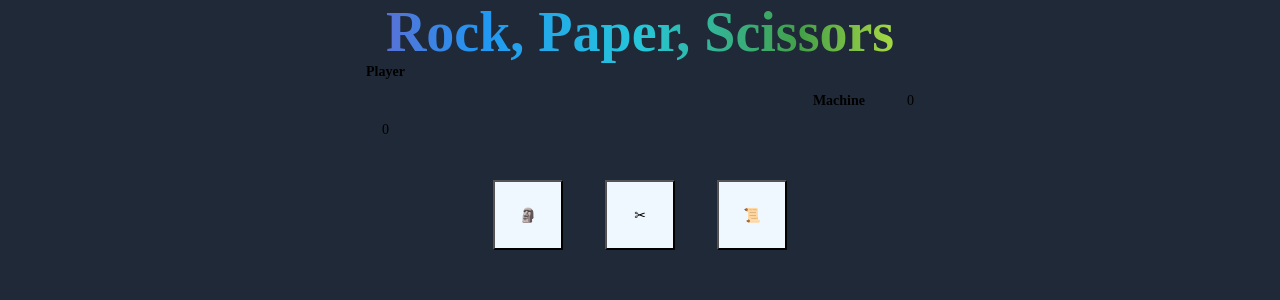
Repository: dung8466/RPS
Page: index.html
These files come from the project's save history. The page is drawn as it stood at one moment and after the next save; the edit follows.
The browser window is 1280 px wide. The pictures show the whole page.

Above is the page before, as saved 2022-07-01 20:25:38.

After the next save:
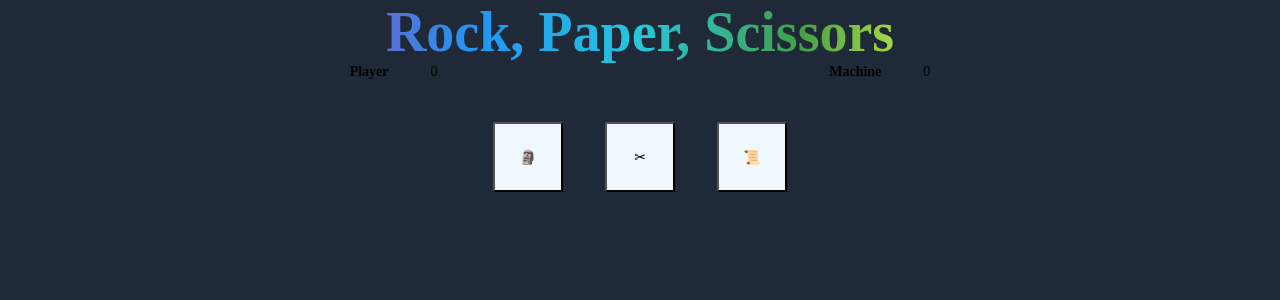
Saved 43 s later.
--- a/style.css
+++ b/style.css
@@ -35,7 +35,7 @@
 .score {
     margin-top: 3em;
 }
-.player-score, .machine-score{
+.result-score{
     flex-direction: column;
     align-items: center;
 }
